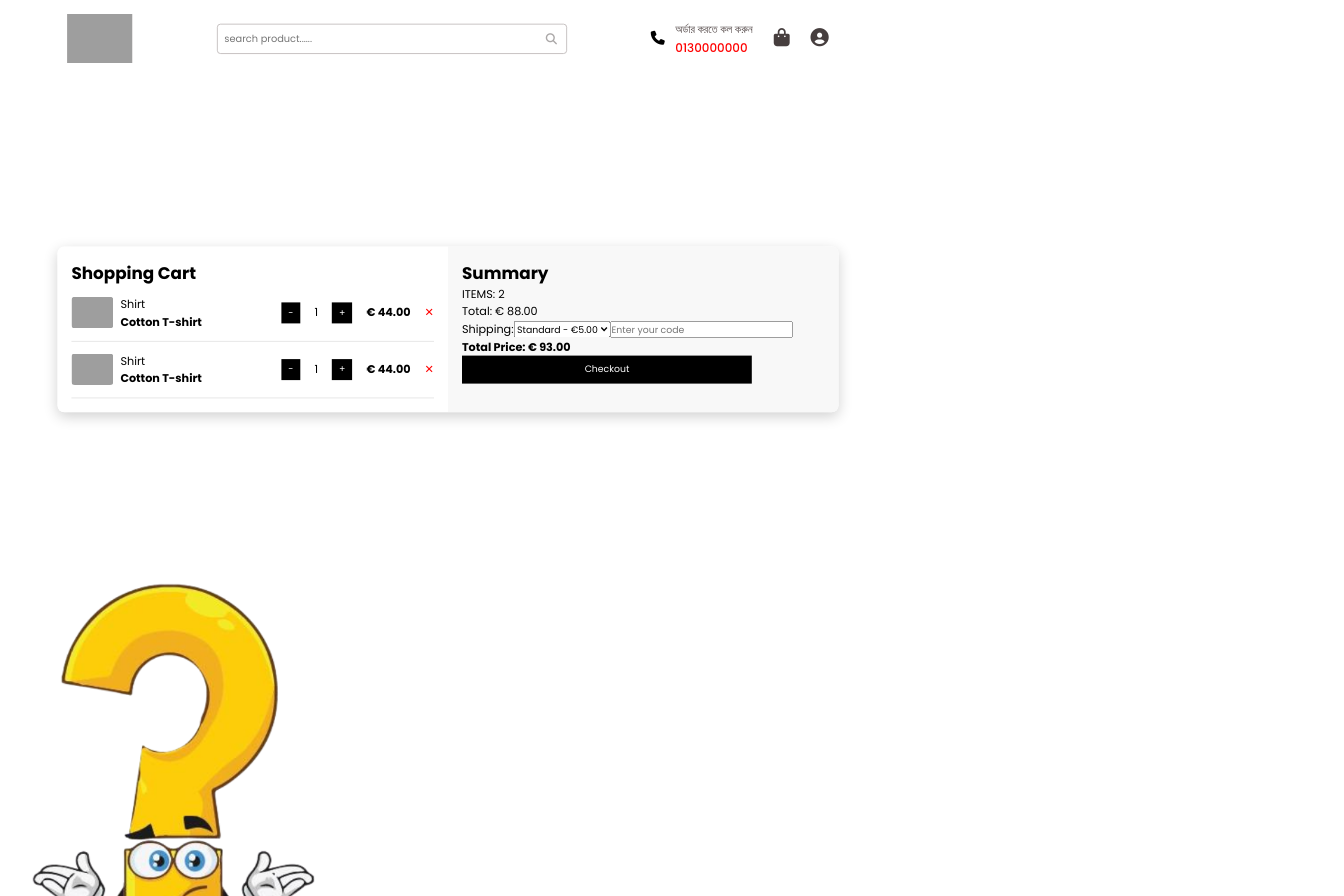
Repository: saifscripts/accessories-mart
Page: /cart
The author's editor kept a copy of each file at every save. The page is drawn from the files as they stood at one save, then again after the next save.
The browser window is 1280 px wide. The page is 3000 px wide, so the pictures cover 1920 px, including what lies to the right of the window. The pictures show the part of the page from y = 0 to 1280 px (the page is 7972 px tall), at 70% of full size.
Pictures or frames that could not be fetched are drawn as grey boxes. The page's requests for data from a server got no answer. The project was rebuilt for these pictures with package versions that can differ from the ones it lists, and the page was loaded fresh each time. No one was signed in, and anything a server would have sent is missing. Also part of the build but not shown: vite.config.js, src/App.jsx, src/components/Hero.jsx, src/components/Products.jsx, src/components/Loader.jsx, src/components/ProductSection.jsx, src/components/ProductsByClass.jsx, src/pages/Home.jsx and 2 more. Imported but missing from the stored project, and not drawn on this page: src/context/CartContext.

Above is the page before, as saved 2025-03-17 01:54:29.

### index.html
<!doctype html>
<html lang="en">

<head>
  <meta charset="UTF-8" />
  <link rel="icon" type="image/svg+xml" href="logo.png" />
  <meta name="viewport" content="width=device-width, initial-scale=1.0" />
  <title>ভাই দাম কত ?</title>
  <!-- Carousel -->
  <link rel="stylesheet" href="https://cdnjs.cloudflare.com/ajax/libs/OwlCarousel2/2.3.4/assets/owl.carousel.min.css"
    integrity="sha512-tS3S5qG0BlhnQROyJXvNjeEM4UpMXHrQfTGmbQ1gKmelCxlSEBUaxhRBj/EFTzpbP4RVSrpEikbmdJobCvhE3g=="
    crossorigin="anonymous" referrerpolicy="no-referrer" />
  <link rel="stylesheet"
    href="https://cdnjs.cloudflare.com/ajax/libs/OwlCarousel2/2.3.4/assets/owl.theme.default.min.css"
    integrity="sha512-sMXtMNL1zRzolHYKEujM2AqCLUR9F2C4/05cdbxjjLSRvMQIciEPCQZo++nk7go3BtSuK9kfa/s+a4f4i5pLkw=="
    crossorigin="anonymous" referrerpolicy="no-referrer" />
  <!-- === font-awesome icon CDN === -->
  <link rel="stylesheet" href="https://cdnjs.cloudflare.com/ajax/libs/font-awesome/6.7.2/css/all.min.css"
    integrity="sha512-Evv84Mr4kqVGRNSgIGL/F/aIDqQb7xQ2vcrdIwxfjThSH8CSR7PBEakCr51Ck+w+/U6swU2Im1vVX0SVk9ABhg=="
    crossorigin="anonymous" referrerpolicy="no-referrer" />
</head>

<body>
  <div id="root"></div>
  <script type="module" src="/src/main.jsx"></script>
  <!-- =======Jquery ======== -->
  <script src="https://cdnjs.cloudflare.com/ajax/libs/jquery/3.7.1/jquery.min.js"
    integrity="sha512-v2CJ7UaYy4JwqLDIrZUI/4hqeoQieOmAZNXBeQyjo21dadnwR+8ZaIJVT8EE2iyI61OV8e6M8PP2/4hpQINQ/g=="
    crossorigin="anonymous" referrerpolicy="no-referrer"></script>

</body>

</html>

### src/main.jsx
import { StrictMode } from 'react'
import { createRoot } from 'react-dom/client'
import './index.css'
import App from './App.jsx'
import {
  createBrowserRouter,
  RouterProvider,
} from "react-router-dom";
import Home from './pages/Home.jsx';
import Single from './pages/Single.jsx';
import MainLayout from './layout/MainLayout.jsx';
import ScrollToTop from './components/ScrollToTop.jsx';
import Cart from './pages/Cart.jsx';

const router = createBrowserRouter([
  {
    path: "/",
    element: <MainLayout />,
    children: [
      {
        path: "/",
        element: <Home />,
      },
      {
        path: "/single/:id",
        element: <Single />,
      },
      {
        path: "/cart",
        element: <Cart />,
      }
    ]
  },
]);

createRoot(document.getElementById('root')).render(
  <StrictMode>
    <RouterProvider router={router} />
  </StrictMode>,
)

### src/layout/MainLayout.jsx
import React from 'react';
import Header from '../components/Header';
import { Outlet } from 'react-router-dom';
import MainFooter from '../components/MainFooter';
import ScrollToTop from '../components/ScrollToTop';

const MainLayout = () => {
    return (
        <div>
            <Header />
            <ScrollToTop />
            <Outlet />
            <MainFooter />
        </div>
    );
};

export default MainLayout;

### src/pages/Cart.jsx
import React from 'react';

const Cart = () => {
    return (
        <div class="cart-section">
            <div class="container">
                <div class="column">
                    <h2>Shopping Cart</h2>
                    <div class="cart-item">
                        <img src="https://i.imgur.com/1GrakTl.jpg" alt="T-shirt" />
                        <div class="item-details">
                            <p class="item-category">Shirt</p>
                            <p class="item-name">Cotton T-shirt</p>
                        </div>
                        <div class="quantity">
                            <button>-</button>
                            <span>1</span>
                            <button>+</button>
                        </div>
                        <p class="price">&euro; 44.00</p>
                        <span class="remove">&#10005;</span>
                    </div>
                    <div class="cart-item">
                        <img src="https://i.imgur.com/ba3tvGm.jpg" alt="T-shirt" />
                        <div class="item-details">
                            <p class="item-category">Shirt</p>
                            <p class="item-name">Cotton T-shirt</p>
                        </div>
                        <div class="quantity">
                            <button>-</button>
                            <span>1</span>
                            <button>+</button>
                        </div>
                        <p class="price">&euro; 44.00</p>
                        <span class="remove">&#10005;</span>
                    </div>
                </div>

                <div class="column">
                    <h2>Summary</h2>
                    <p>ITEMS: 2</p>
                    <p>Total: &euro; 88.00</p>
                    <label for="shipping">Shipping:</label>
                    <select id="shipping">
                        <option>Standard - &euro;5.00</option>
                    </select>
                    <input type="text" placeholder="Enter your code" />
                    <p><strong>Total Price: &euro; 93.00</strong></p>
                    <button>Checkout</button>
                </div>
            </div>
        </div>
    );
};

export default Cart;

### src/components/Header.jsx
import React from 'react';
import { Link } from 'react-router-dom';

const Header = () => {
    return (
        <div>
            <header>
                <div className="ar-headerContainer">
                    <div className="ar-headerLogo">
                        <Link href="/">
                             <img src="https://kanerdul.com/public/66dee4efb04ac.jpg" alt="header-logo" />
                        </Link>
                    </div>
                    <div className="ar-Search">
                        <input type="search" placeholder="search product......" />
                        <div className="ar-search-icon"><a href=""><i className="fa-solid fa-magnifying-glass"></i></a></div>
                    </div>

                    <div className="ar-contact">
                        <div className="contactPhone">
                            <div className="ar-contactIcon">
                                <i className="fa-solid fa-phone"></i>
                            </div>
                            <div className="ar-contact-container">
                                <p>
                                    অর্ডার করতে কল করুন
                                </p>
                                <span> 0130000000</span>
                            </div>
                        </div>
                        <div className="ar-cart">
                            <i className="fa-solid fa-bag-shopping"></i>
                        </div>
                        <div className="ar-cart">
                            <a href="account-page.html"><i className="fa-solid fa-circle-user"></i></a>
                        </div>
                    </div>

                </div>
            </header>
        </div>
    );
};

export default Header;

### src/components/MainFooter.jsx
/* eslint-disable react-hooks/exhaustive-deps */
/* eslint-disable no-unused-vars */
import React, { useEffect, useState } from "react";
import bkash from "/bkash.svg";
import nagad from "/nagad.png";
import rocket from "/rocket.png";
import whatsapp from "/WhatsApp.svg.webp";
import americanexpress from "/americanexpress.png";
import { Link } from "react-router-dom";
import { FaFacebookF, FaPhoneAlt, FaWhatsapp } from "react-icons/fa";
import { IoLogoWhatsapp } from "react-icons/io";

const MainFooter = () => {
  // const [menuopen, setMenuOpen] = useState(false);

  const [data, setData] = useState([]);
  const [loading, setLoading] = useState(true);
  const BASE_URL = import.meta.env.VITE_API_BASE_URL;

  // Fetch data
  const loadData = async () => {
    try {
      const response = await fetch(`${BASE_URL}/products/categories`);
      const result = await response.json();
      setData(result);
    } catch (error) {
      console.error("Error fetching data:", error);
    } finally {
      setLoading(false);
    }
  };

  useEffect(() => {
    loadData();
  }, []);

  return (
    <section class="py-10 bg-black sm:pt-16 lg:pt-16 mt-20">
      <div class="px-4 mx-auto sm:px-6 lg:px-8 max-w-7xl">
        <div class="grid grid-cols-2 md:grid-cols-4 lg:grid-cols-8 gap-y-12 gap-x-8 xl:gap-x-12">
          <div class="col-span-2 md:col-span-4 xl:pr-8">
            <Link to="/"><img class="w-auto h-14" src="/logo.png" alt="" /></Link>

            <p class="text-base leading-relaxed text-gray-200 mt-7">
              Discover the latest tech at Gadgetex – your one-stop shop for
              innovative gadgets and accessories. Shop smart, stay ahead.
            </p>

            <Link
              to="https://web.facebook.com/messages/t/116061797769426/"
              target="_blank"
              class="inline-flex items-center justify-center px-6 py-4 font-semibold text-white transition-all duration-200 bg-blue-600 rounded-md hover:bg-blue-700 focus:bg-blue-700 mt-7"
            >
              <svg
                class="w-6 h-6"
                xmlns="http://www.w3.org/2000/svg"
                fill="none"
                viewBox="0 0 24 24"
                stroke="currentColor"
              >
                <path
                  stroke-linecap="round"
                  stroke-linejoin="round"
                  stroke-width="2"
                  d="M8 12h.01M12 12h.01M16 12h.01M21 12c0 4.418-4.03 8-9 8a9.863 9.863 0 01-4.255-.949L3 20l1.395-3.72C3.512 15.042 3 13.574 3 12c0-4.418 4.03-8 9-8s9 3.582 9 8z"
                />
              </svg>
              Start Live Chat
            </Link>
          </div>

          <div class="lg:col-span-2">
            <p class="text-md font-semibold text-gray-100">Categories</p>

            <ul class="mt-6 space-y-2">
              {data[0]?.slice(0, 5).map((item) => (
                <li key={item.id}>
                  <Link
                    className="flex text-sm font-semibold text-gray-200 transition-all duration-200 hover:text-green-600 focus:text-orange-600"
                    style={{ textTransform: "capitalize" }}
                    to={`/category/${item.name}`}
                  >
                    {item.name}
                  </Link>
                </li>
              ))}
            </ul>
          </div>

          <div class="lg:col-span-2">
            <p class="text-md font-semibold text-gray-100">Contact</p>

            <ul class="mt-6 space-y-2">
              <li>
                <a
                  href="tel:+8801851003265"
                  target="_blank"
                  class="flex items-center gap-2  text-sm font-semibold text-gray-200 transition-all duration-200 hover:text-green-600 focus:text-orange-600"
                >
                  <FaPhoneAlt /> +880 1851003265
                </a>
              </li>
              <li>
                <a
                  href="https://web.facebook.com/vai.dam.koto"
                  target="_blank"
                  class="flex items-center gap-2  text-sm font-semibold text-gray-200 transition-all duration-200 hover:text-green-600 focus:text-orange-600"
                >
                  <FaFacebookF className="text-blue-600" size={15} /> Facebook
                </a>
              </li>
              <li>
                <a
                  href="https://wa.me/+8801851003265"
                  target="_blank"
                  class="flex items-center gap-2  text-sm font-semibold text-gray-200 transition-all duration-200 hover:text-green-600 focus:text-orange-600"
                >
                  {" "}
                  <IoLogoWhatsapp className="text-green-600" size={15} />
                  WhatsApp{" "}
                </a>
              </li>
            </ul>
          </div>
        </div>

        <div class="lg:col-span-2 lg:-mt-16 mt-10">
          <ul class="flex justify-center lg:justify-end items-stretch gap-6 ">
            <li className="border-1 border-gray-300 bg-white cursor-pointer rounded flex justify-between items-start p-1">
              <img src={bkash} className="w-10 h-8" alt="" />
            </li>

            <li className="border-1 border-gray-300 bg-white cursor-pointer rounded flex justify-between items-start p-1">
              <img src={nagad} className="w-10 h-8" alt="" />
            </li>

            <li className="border-1 border-gray-300 bg-white cursor-pointer rounded flex justify-between items-start p-1">
              <img src={rocket} className="w-10 h-8" alt="" />
            </li>

            <li className="border-1 border-gray-300 bg-white cursor-pointer rounded flex justify-between items-start p-1">
              <img src={americanexpress} className="w-10 h-8" alt="" />
            </li>
          </ul>
        </div>
        <hr class="mt-16 mb-10 border-gray-200" />

        <div class="sm:flex sm:items-center justify-center">
          <p class="text-sm text-gray-300">
            © Copyright 2021, All Rights Reserved by Vai Dam Koto
          </p>
        </div>
      </div>
      <div className="fixed bottom-4 right-4 z-50">
        <Link to={"https://wa.me/+8801851003265"} target="_blank">
          {" "}
          <img src={whatsapp} className="w-18" alt="" />
        </Link>
      </div>
    </section>
  );
};

export default MainFooter;

Loaded but not shown: src/components/ScrollToTop.jsx (common file); src/index.css (1129 lines, source omitted); src/App.css (no stored copy; drawn as an empty file)

After the next save:
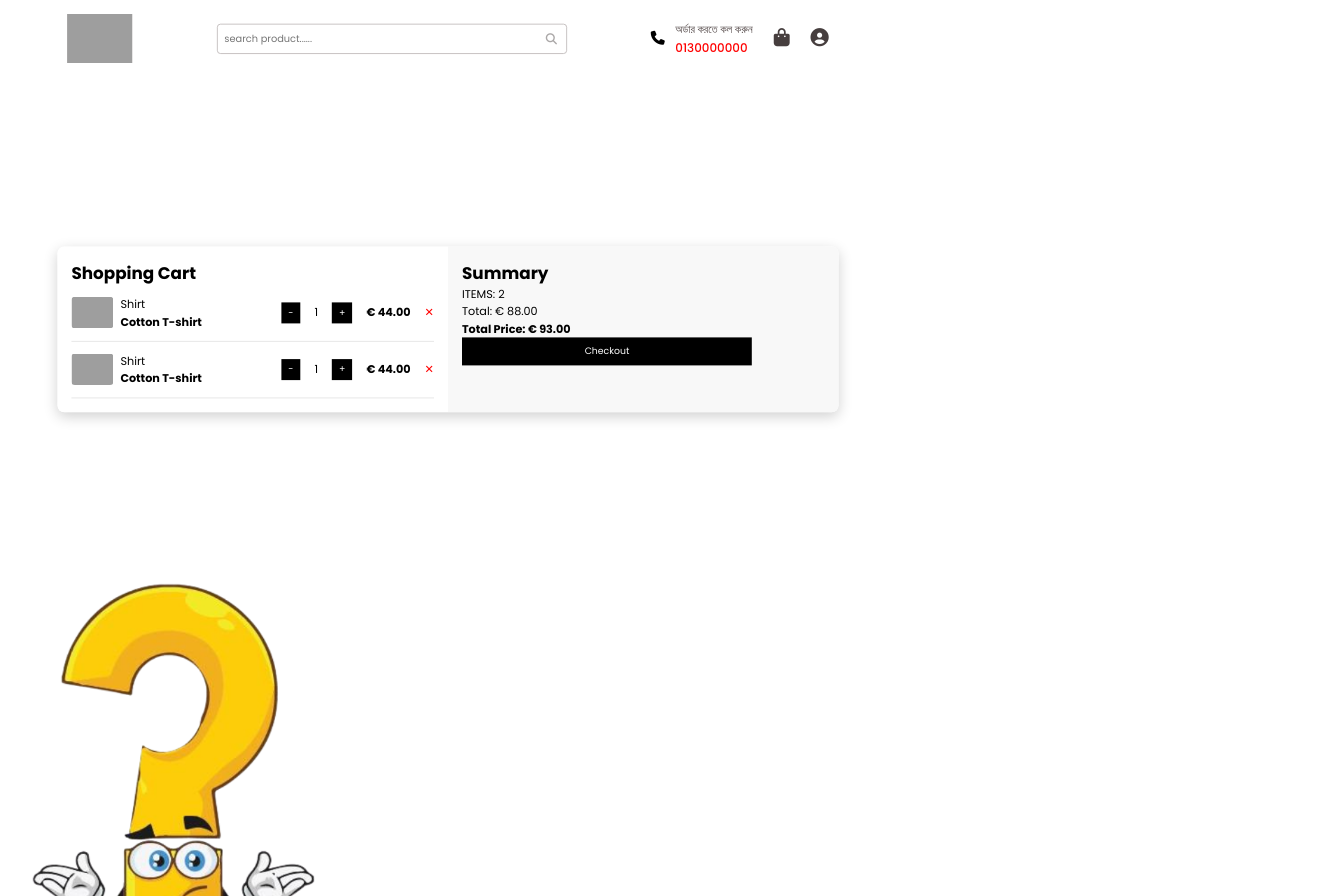
Saved 49 s later.
--- a/src/pages/Cart.jsx
+++ b/src/pages/Cart.jsx
@@ -40,11 +40,11 @@ const Cart = () => {
                     <h2>Summary</h2>
                     <p>ITEMS: 2</p>
                     <p>Total: &euro; 88.00</p>
-                    <label for="shipping">Shipping:</label>
+                    {/* <label for="shipping">Shipping:</label>
                     <select id="shipping">
                         <option>Standard - &euro;5.00</option>
                     </select>
-                    <input type="text" placeholder="Enter your code" />
+                    <input type="text" placeholder="Enter your code" /> */}
                     <p><strong>Total Price: &euro; 93.00</strong></p>
                     <button>Checkout</button>
                 </div>
